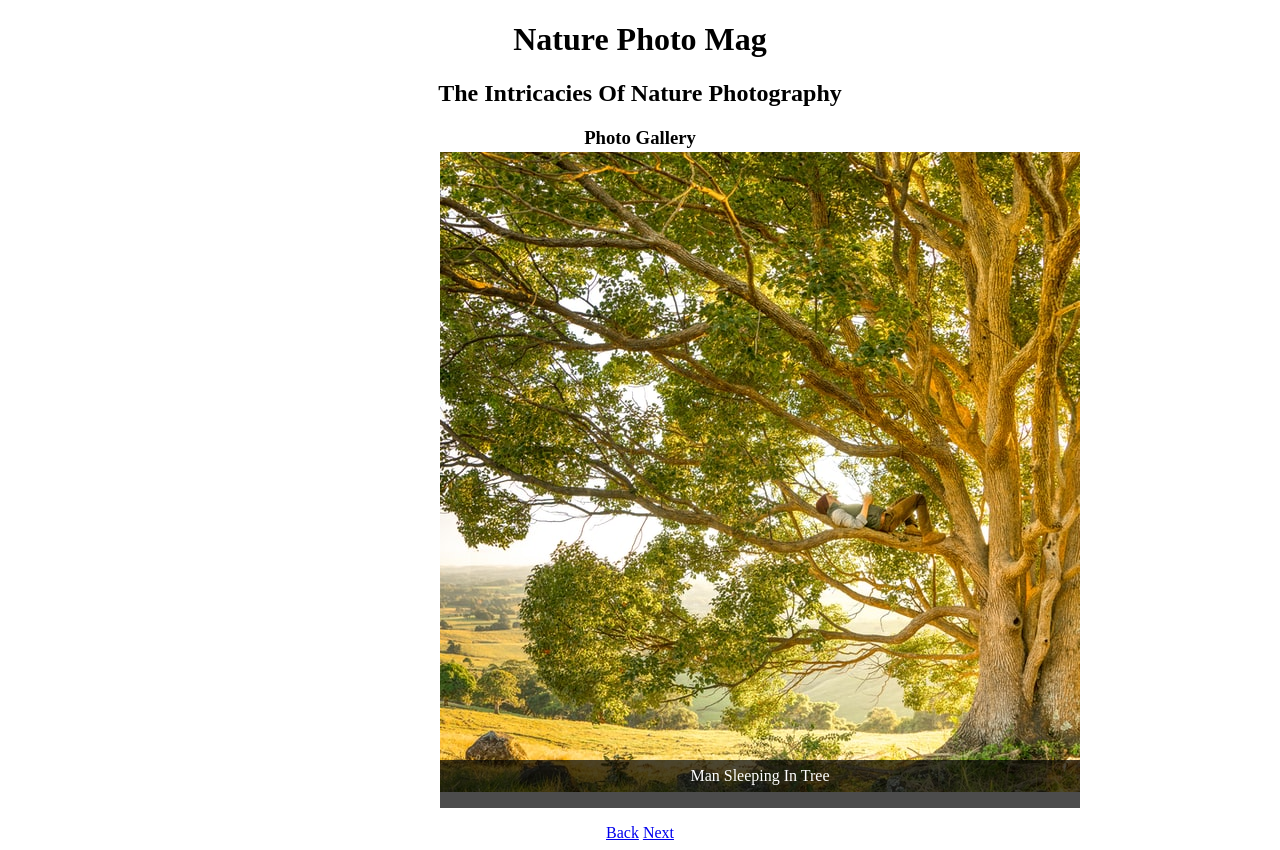
Repository: alexmaddux99/Image-Gallery
Page: index.html
The author's editor kept a copy of each file at every save. The page is drawn from the files as they stood at one save, then again after the next save.
The browser window is 1280 px wide. The pictures show the whole page.

Above is the page before, as saved 2022-03-08 12:22:30.

After the next save:
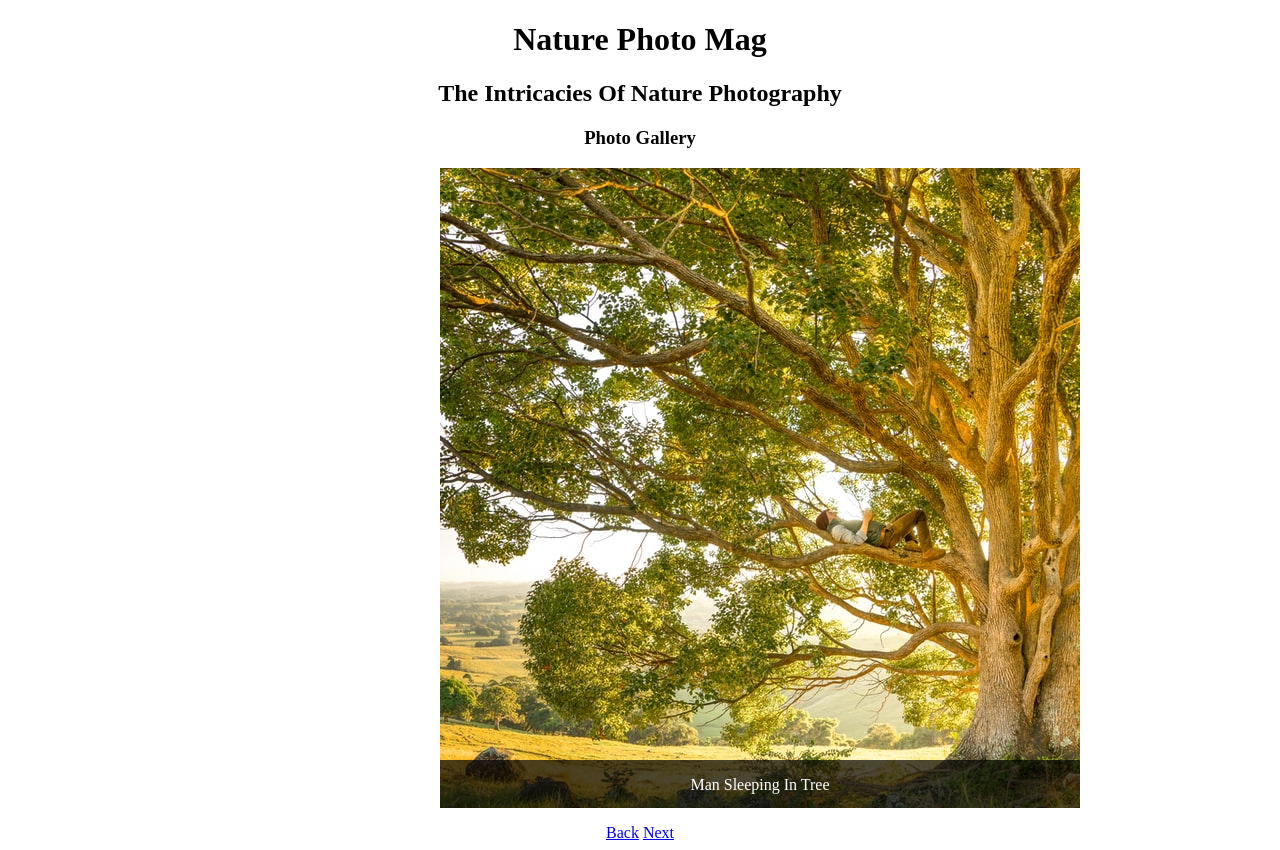
Saved 10 s later.
--- a/css/main.css
+++ b/css/main.css
@@ -12,9 +12,7 @@ section {
 }
 
 .frame {
-  display: flex;
-    align-items: center;
-    justify-content: center;
+
   position:relative;
   width:640px;
   height:640px;
@@ -23,9 +21,6 @@ section {
 }
 
 .slide {
-  display: flex;
-    align-items: center;
-    justify-content: center;
   display:block;
   margin-bottom: 2rem;
 }
@@ -47,9 +42,6 @@ section {
 }
 
 .caption {
-  display: flex;
-    align-items: center;
-    justify-content: center;
   position: absolute;
   z-index: 3;
   color: #fff;
@@ -63,8 +55,3 @@ section {
 .controls {
   display: none;
 }
-
-
-figure{
-
-}
